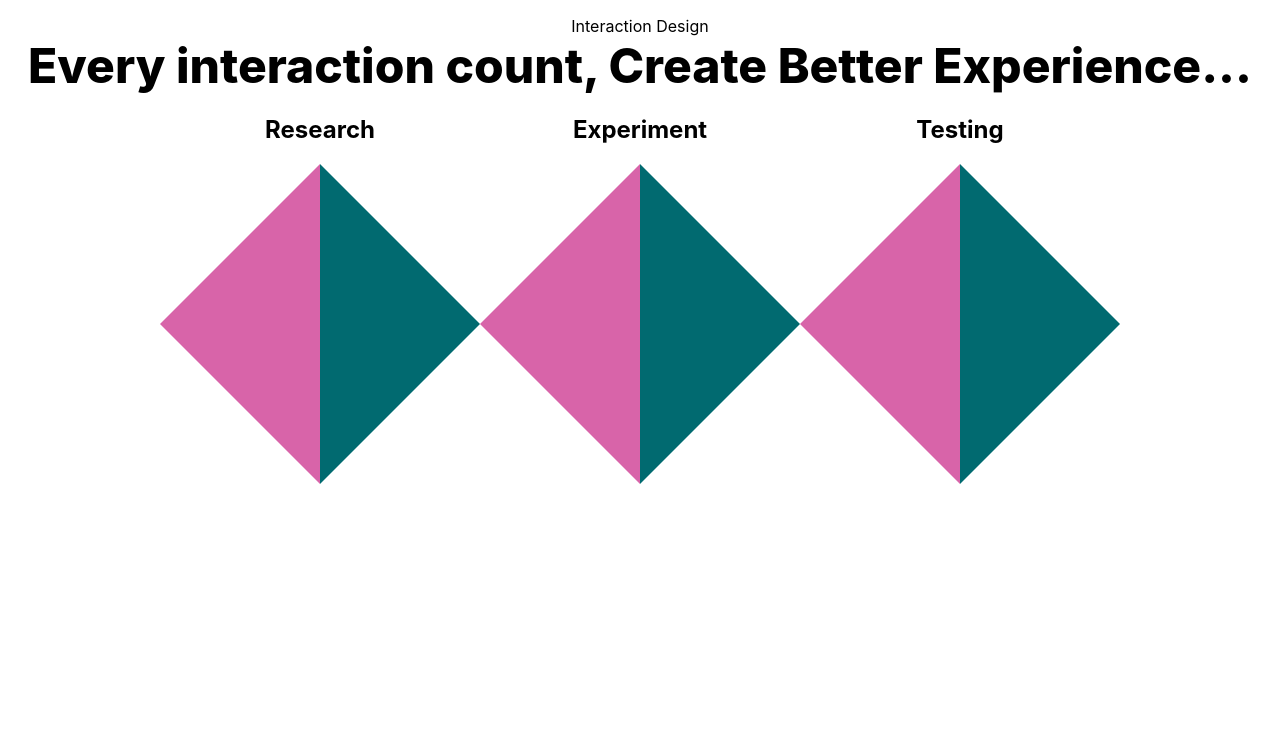
Repository: YingCG/interaction-design
Page: /
These files come from the project's save history. The page is drawn as it stood at one moment and after the next save; the edit follows.
The browser window is 1280 px wide. The pictures show the whole page.
The project was rebuilt for these pictures with package versions that can differ from the ones it lists, and the page was loaded fresh each time. Also part of the build but not shown: src/ProjectOverview.js, src/About.jsx, src/Nav.jsx.

Above is the page before, as saved 2023-09-08 17:16:56.

After the next save:
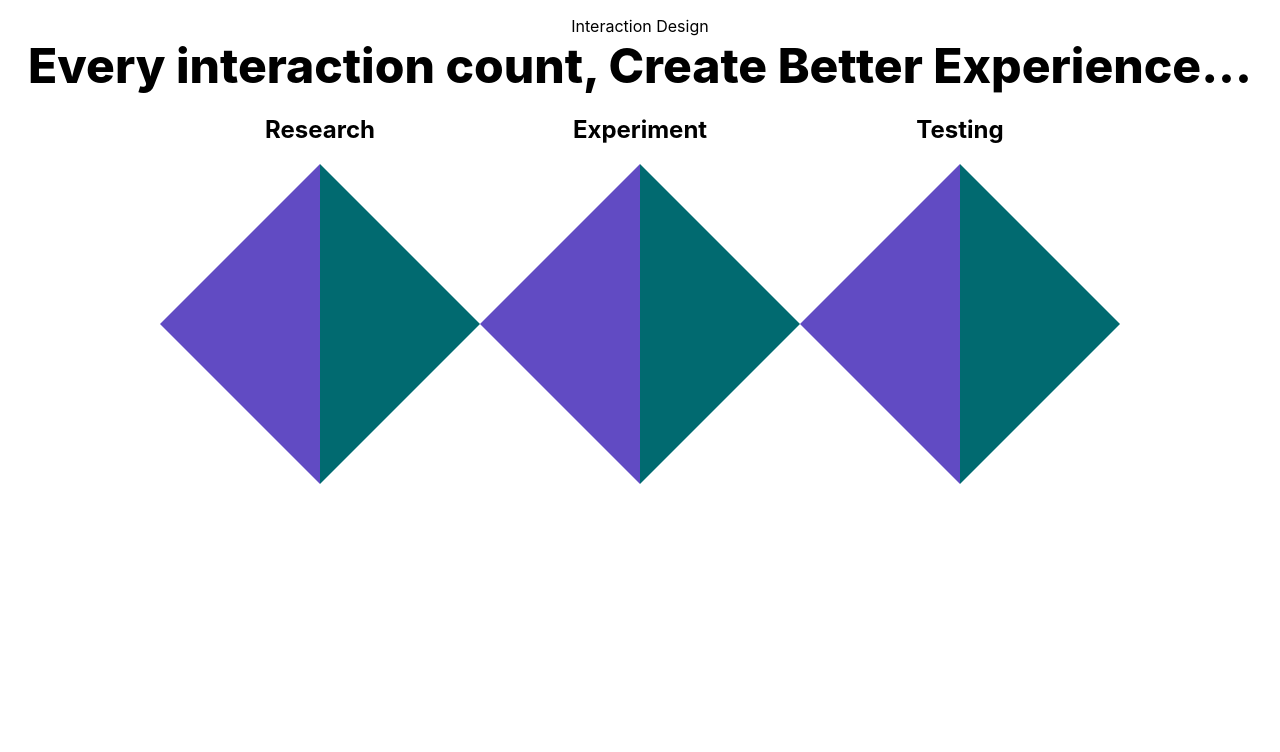
Saved 19 s later.
--- a/src/App.css
+++ b/src/App.css
@@ -20,7 +20,7 @@
   height: 0;
   border-top: 10rem solid transparent;
   border-bottom: 10rem solid transparent;
-  border-right: 10rem solid #d864a9;
+  border-right: 10rem solid #614bc3;
 }
 .arrow-left:hover {
   border-right: 10rem solid #ffa1f5;
